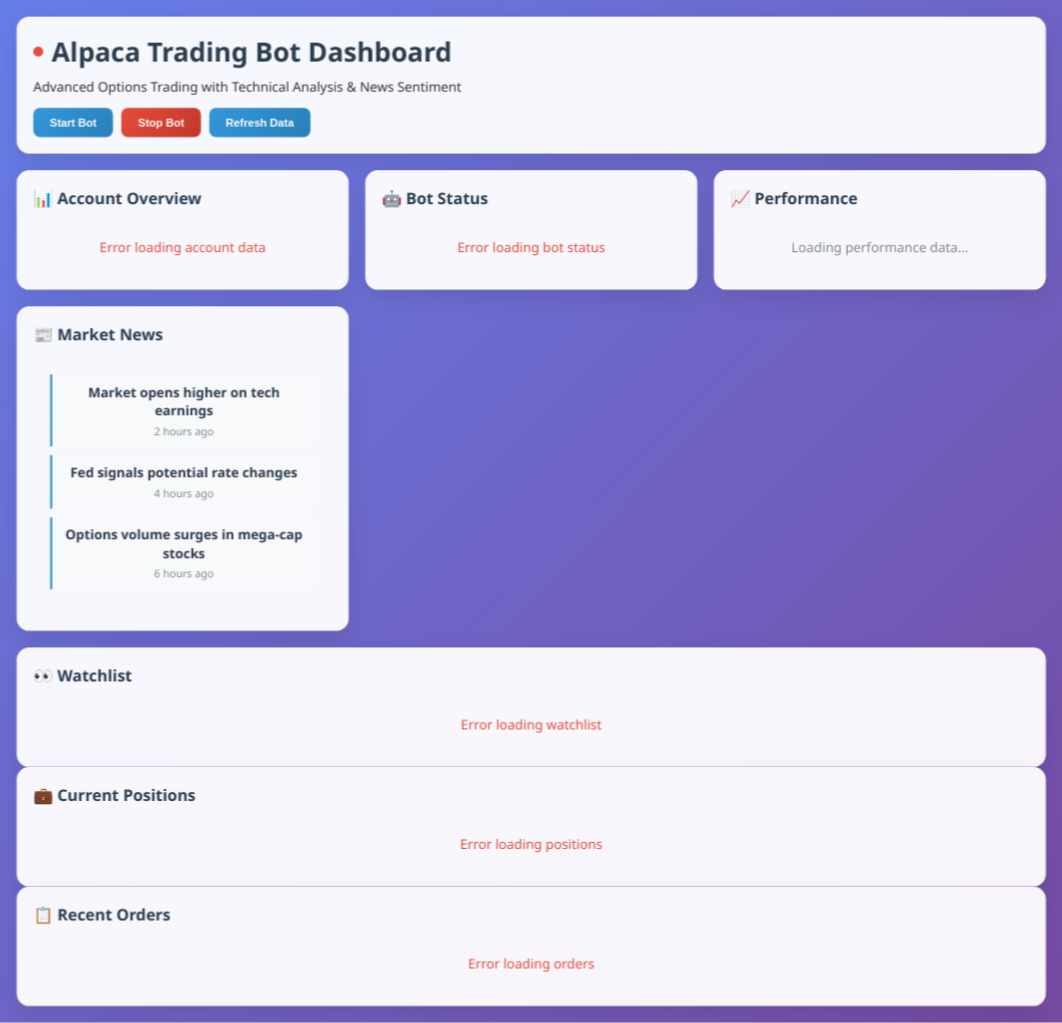
Repository: papykabukanyi/tradingbot
Page: public/index.html
The author's editor kept a copy of each file at every save. The page is drawn from the files as they stood at one save, then again after the next save.
The browser window is 1280 px wide. The pictures show the whole page, at 83% of full size.
The page's requests for data from a server got no answer.

Above is the page before, as saved 2025-07-20 08:56:03.

After the next save:
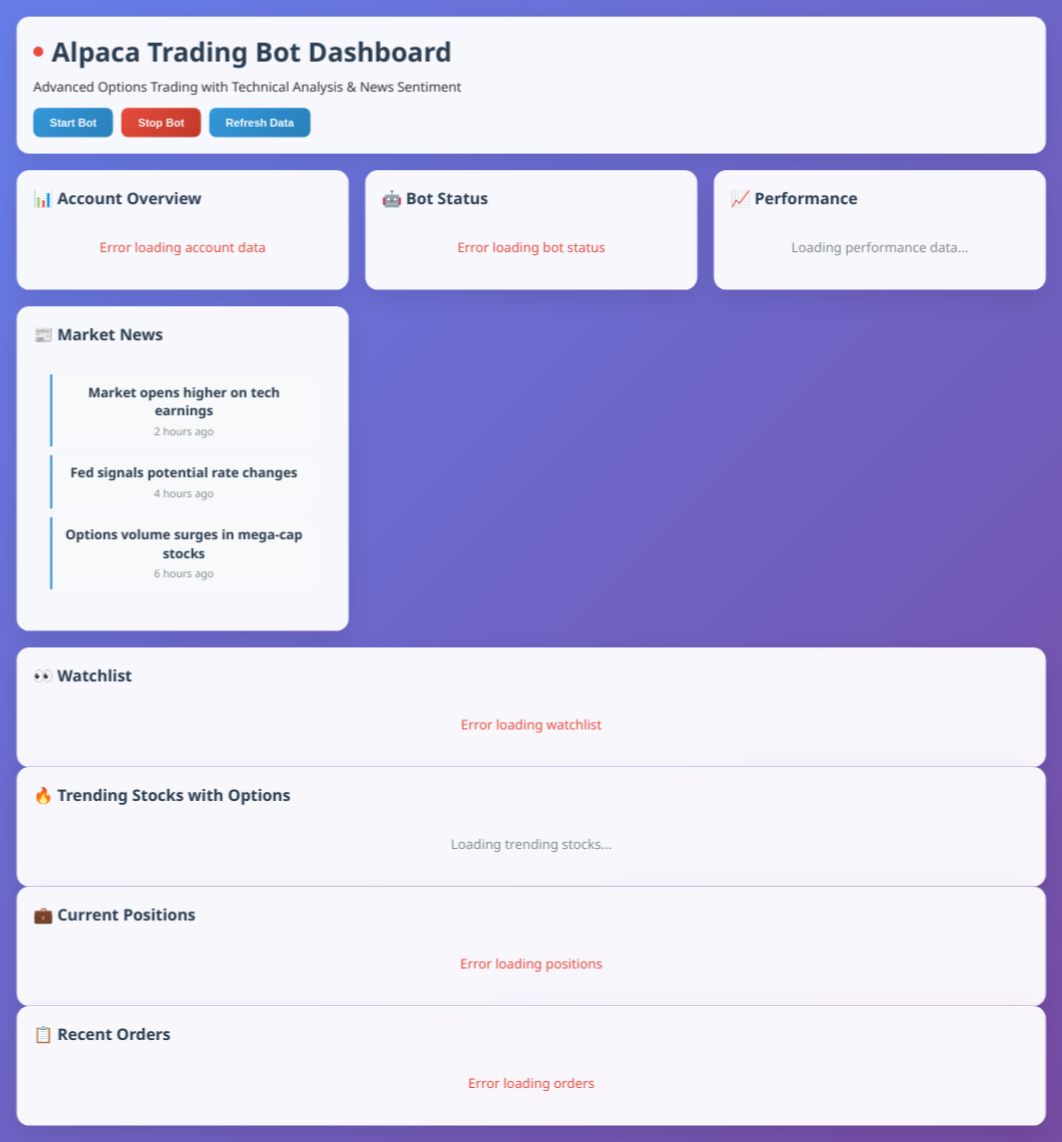
Saved 11 s later.
--- a/public/index.html
+++ b/public/index.html
@@ -303,6 +303,12 @@
             <div id="watchlist" class="loading">Loading watchlist...</div>
         </div>
 
+        <!-- Trending Stocks -->
+        <div class="card">
+            <h3>🔥 Trending Stocks with Options</h3>
+            <div id="trending" class="loading">Loading trending stocks...</div>
+        </div>
+
         <!-- Current Positions -->
         <div class="card">
             <h3>💼 Current Positions</h3>
